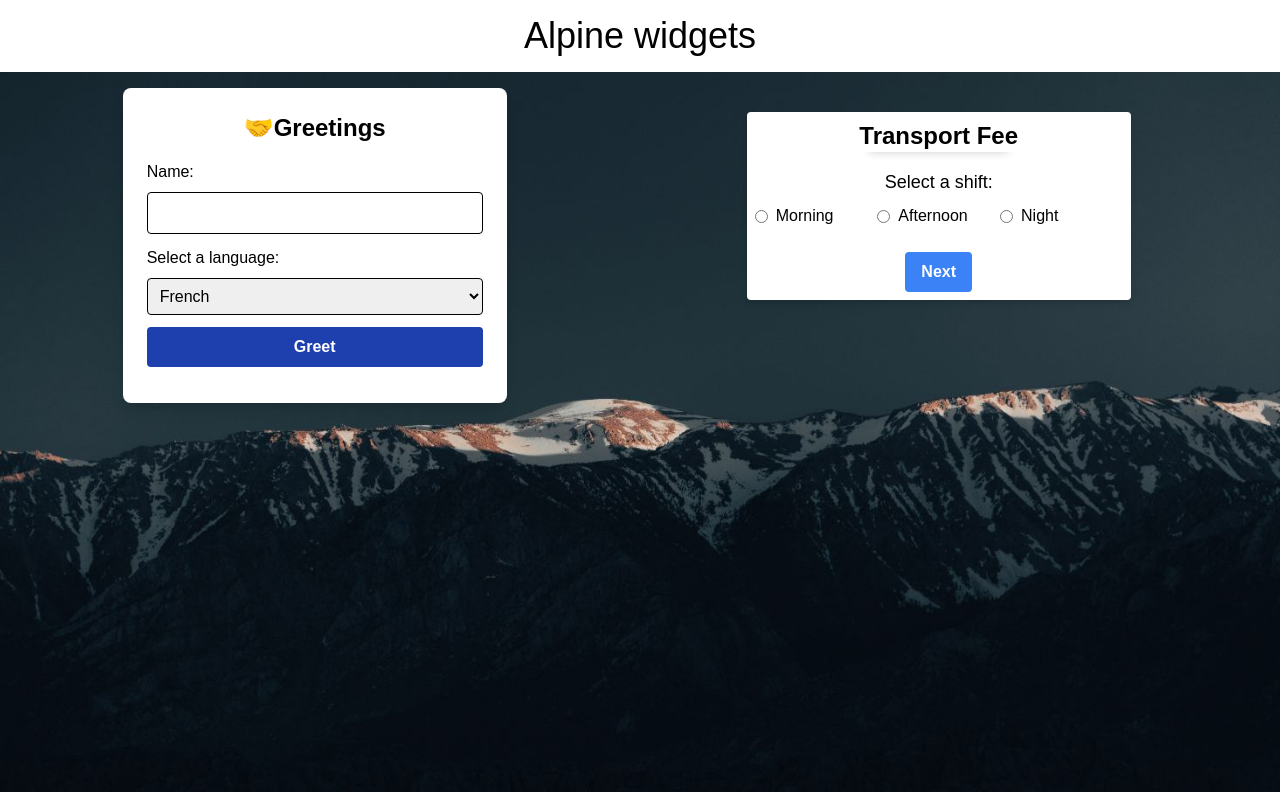
Repository: lasity34/alpine-bootcamp-widgets
Page: index.html
An editor plug-in stored every save of this project. The page is shown before and after the next save, followed by the edit.
The browser window is 1280 px wide. The pictures show the whole page.
Some web fonts or font styles are not loaded; a fallback is used. Some web libraries are served in a nearby version.

Above is the page before, as saved 2023-07-12 15:48:28.
Console error: ReferenceError: shift is not defined

After the next save:
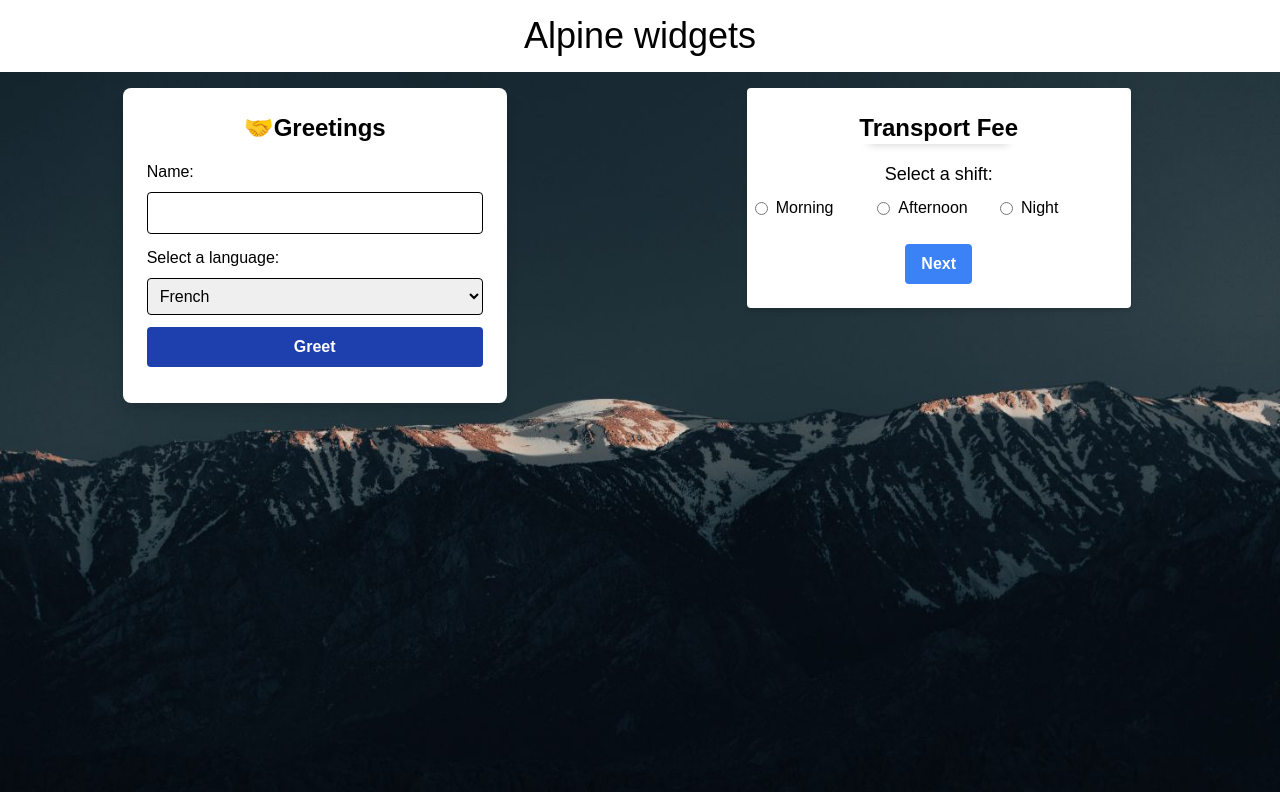
Saved 38 s later.
--- a/index.html
+++ b/index.html
@@ -66,10 +66,10 @@
         </div>
       </section>
       <section
-      class="w-1/3 py-6"
+      class="w-1/3 "
         x-data="transportFee"
       >
-      <div class="flex flex-col items-center bg-white max-w-sm mt-4 p-2 rounded shadow-md">
+      <div class="flex flex-col items-center bg-white max-w-sm mt-4 py-6 p-2 rounded shadow-md">
         <h1 class="text-2xl font-bold mb-4">Transport Fee</h1>
 
         <label class="text-lg mb-2">Select a shift:</label>
